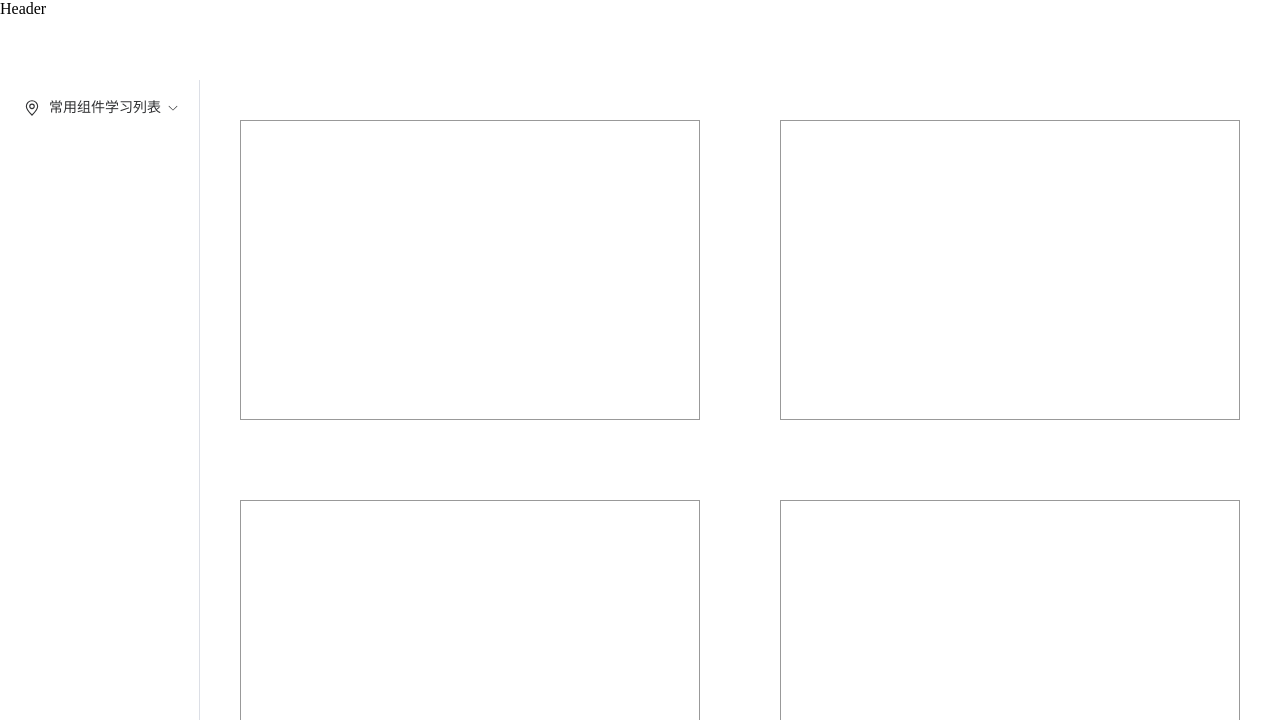
Repository: 553559555/vue3-project
Page: /#/index (app in vue3-app/)
These files come from the project's save history. The page is drawn as it stood at one moment and after the next save; the edit follows.
The browser window is 1280 px wide. The pictures show the whole page.
An inner scrolling area shows only its first screen. The project was rebuilt for these pictures with package versions that can differ from the ones it lists, and the page was loaded fresh each time. Also part of the build but not shown: vue3-app/vite.config.ts.

Above is the page before, as saved 2025-03-24 11:03:06.

After the next save:
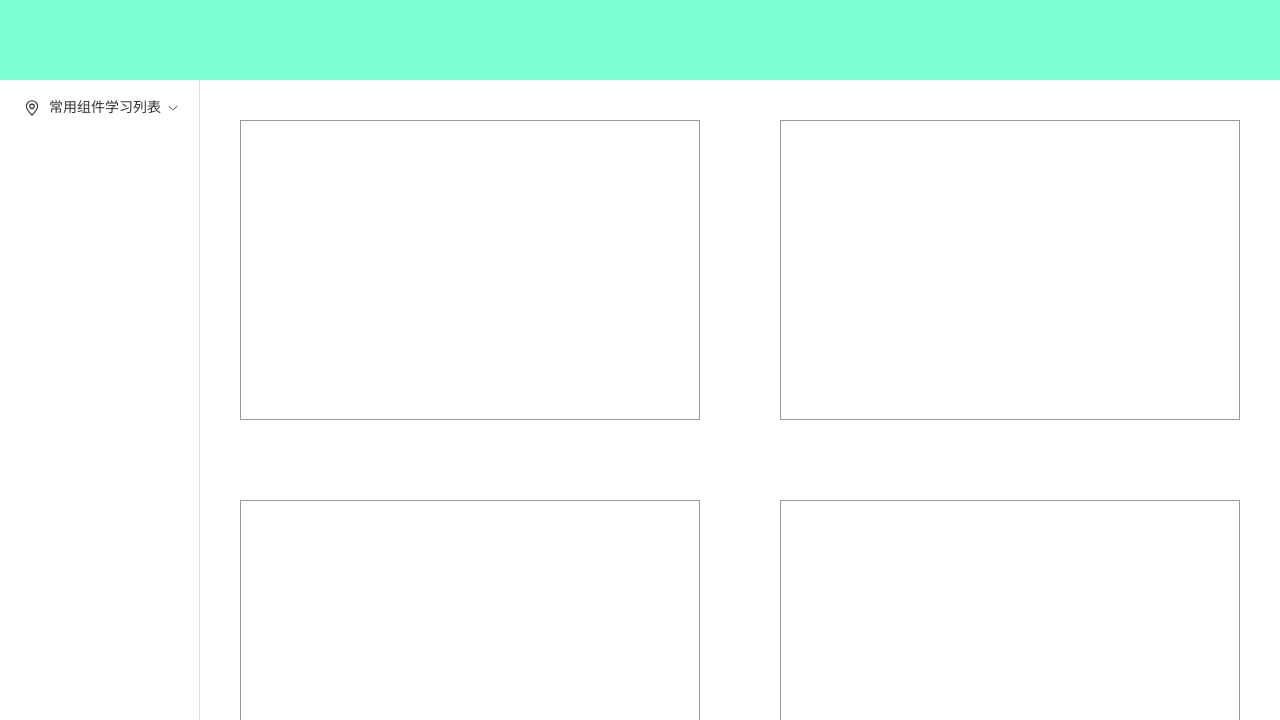
Saved 35 s later.
--- a/vue3-app/src/views/index.vue
+++ b/vue3-app/src/views/index.vue
@@ -1,6 +1,8 @@
 <template>
     <div>
-        <el-header>Header</el-header>
+        <el-header>
+            <home-header />
+        </el-header>
         <el-container>
             <el-aside width="200px">
                 <home-left />
@@ -17,6 +19,7 @@
 
 import { RouterView } from 'vue-router'
 import HomeLeft from './components/home-left.vue'
+import HomeHeader from './components/home-header.vue'
 
 </script>
 
